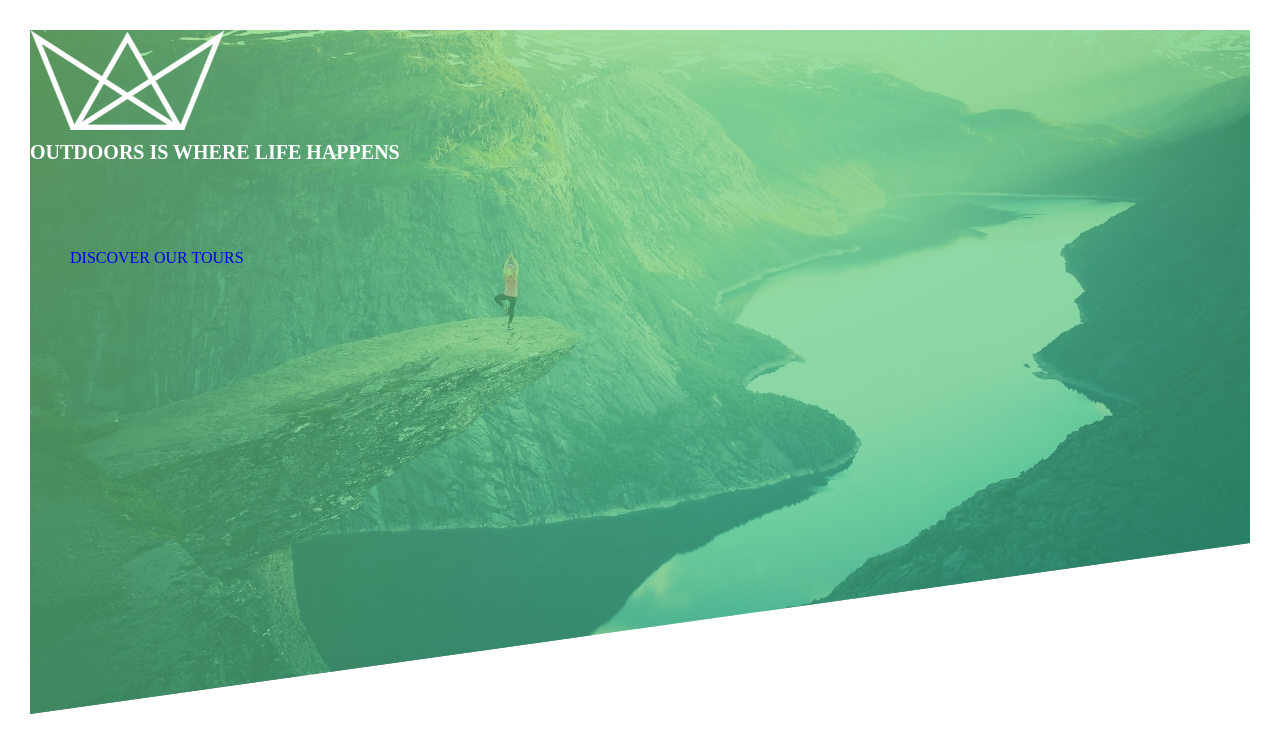
Repository: mohamediyas/cssFloat
Page: index.html
The author's editor kept a copy of each file at every save. The page is drawn from the files as they stood at one save, then again after the next save.
The browser window is 1280 px wide. The pictures show the whole page.

Above is the page before, as saved 2022-06-21 13:33:56.

### index.html
<!DOCTYPE html>
<html lang="en">
  <head>
    <meta charset="UTF-8" />
    <meta name="viewport" content="width=device-width, initial-scale=1.0" />

    <link
      href="https://fonts.googleapis.com/css?family=Lato:100,300,400,700,900"
      rel="stylesheet"
    />

    <link rel="stylesheet" href="css/icon-font.css" />
    <link rel="stylesheet" href="css/style.css" />
    <link rel="shortcut icon" type="image/png" href="img/favicon.png" />

    <title>Natours | Exciting tours for adventurous people</title>
  </head>
  <body>
    <!-- header -->
    <header class="header">
      <div class="header__logo-box">
        <img src="img/logo-white.png" alt="logo" class="header__logo" />
      </div>

      <div class="header__text-box">
        <h1 class="heading-primary">
          <span class="heading-primary--main">Outdoors</span>
          <span class="heading-primary--sub">is where life happens</span>
        </h1>

        <a href="#" class="btn btn--white btn--animated">Discover our tours</a>
      </div>
    </header>
  </body>
</html>

### css/icon-font.css
@charset "UTF-8";

@font-face {
  font-family: "linea-basic-10";
  src:url("fonts/linea-basic-10.eot");
  src:url("fonts/linea-basic-10.eot?#iefix") format("embedded-opentype"),
    url("fonts/linea-basic-10.woff") format("woff"),
    url("fonts/linea-basic-10.ttf") format("truetype"),
    url("fonts/linea-basic-10.svg#linea-basic-10") format("svg");
  font-weight: normal;
  font-style: normal;

}

[data-icon]:before {
  font-family: "linea-basic-10" !important;
  content: attr(data-icon);
  font-style: normal !important;
  font-weight: normal !important;
  font-variant: normal !important;
  text-transform: none !important;
  speak: none;
  line-height: 1;
  -webkit-font-smoothing: antialiased;
  -moz-osx-font-smoothing: grayscale;
}

[class^="icon-"]:before,
[class*=" icon-"]:before {
  font-family: "linea-basic-10" !important;
  font-style: normal !important;
  font-weight: normal !important;
  font-variant: normal !important;
  text-transform: none !important;
  speak: none;
  line-height: 1;
  -webkit-font-smoothing: antialiased;
  -moz-osx-font-smoothing: grayscale;
}

.icon-basic-accelerator:before {
  content: "a";
}
.icon-basic-alarm:before {
  content: "b";
}
.icon-basic-anchor:before {
  content: "c";
}
.icon-basic-anticlockwise:before {
  content: "d";
}
.icon-basic-archive:before {
  content: "e";
}
.icon-basic-archive-full:before {
  content: "f";
}
.icon-basic-ban:before {
  content: "g";
}
.icon-basic-battery-charge:before {
  content: "h";
}
.icon-basic-battery-empty:before {
  content: "i";
}
.icon-basic-battery-full:before {
  content: "j";
}
.icon-basic-battery-half:before {
  content: "k";
}
.icon-basic-bolt:before {
  content: "l";
}
.icon-basic-book:before {
  content: "m";
}
.icon-basic-book-pen:before {
  content: "n";
}
.icon-basic-book-pencil:before {
  content: "o";
}
.icon-basic-bookmark:before {
  content: "p";
}
.icon-basic-calculator:before {
  content: "q";
}
.icon-basic-calendar:before {
  content: "r";
}
.icon-basic-cards-diamonds:before {
  content: "s";
}
.icon-basic-cards-hearts:before {
  content: "t";
}
.icon-basic-case:before {
  content: "u";
}
.icon-basic-chronometer:before {
  content: "v";
}
.icon-basic-clessidre:before {
  content: "w";
}
.icon-basic-clock:before {
  content: "x";
}
.icon-basic-clockwise:before {
  content: "y";
}
.icon-basic-cloud:before {
  content: "z";
}
.icon-basic-clubs:before {
  content: "A";
}
.icon-basic-compass:before {
  content: "B";
}
.icon-basic-cup:before {
  content: "C";
}
.icon-basic-diamonds:before {
  content: "D";
}
.icon-basic-display:before {
  content: "E";
}
.icon-basic-download:before {
  content: "F";
}
.icon-basic-exclamation:before {
  content: "G";
}
.icon-basic-eye:before {
  content: "H";
}
.icon-basic-eye-closed:before {
  content: "I";
}
.icon-basic-female:before {
  content: "J";
}
.icon-basic-flag1:before {
  content: "K";
}
.icon-basic-flag2:before {
  content: "L";
}
.icon-basic-floppydisk:before {
  content: "M";
}
.icon-basic-folder:before {
  content: "N";
}
.icon-basic-folder-multiple:before {
  content: "O";
}
.icon-basic-gear:before {
  content: "P";
}
.icon-basic-geolocalize-01:before {
  content: "Q";
}
.icon-basic-geolocalize-05:before {
  content: "R";
}
.icon-basic-globe:before {
  content: "S";
}
.icon-basic-gunsight:before {
  content: "T";
}
.icon-basic-hammer:before {
  content: "U";
}
.icon-basic-headset:before {
  content: "V";
}
.icon-basic-heart:before {
  content: "W";
}
.icon-basic-heart-broken:before {
  content: "X";
}
.icon-basic-helm:before {
  content: "Y";
}
.icon-basic-home:before {
  content: "Z";
}
.icon-basic-info:before {
  content: "0";
}
.icon-basic-ipod:before {
  content: "1";
}
.icon-basic-joypad:before {
  content: "2";
}
.icon-basic-key:before {
  content: "3";
}
.icon-basic-keyboard:before {
  content: "4";
}
.icon-basic-laptop:before {
  content: "5";
}
.icon-basic-life-buoy:before {
  content: "6";
}
.icon-basic-lightbulb:before {
  content: "7";
}
.icon-basic-link:before {
  content: "8";
}
.icon-basic-lock:before {
  content: "9";
}
.icon-basic-lock-open:before {
  content: "!";
}
.icon-basic-magic-mouse:before {
  content: "\"";
}
.icon-basic-magnifier:before {
  content: "#";
}
.icon-basic-magnifier-minus:before {
  content: "$";
}
.icon-basic-magnifier-plus:before {
  content: "%";
}
.icon-basic-mail:before {
  content: "&";
}
.icon-basic-mail-multiple:before {
  content: "'";
}
.icon-basic-mail-open:before {
  content: "(";
}
.icon-basic-mail-open-text:before {
  content: ")";
}
.icon-basic-male:before {
  content: "*";
}
.icon-basic-map:before {
  content: "+";
}
.icon-basic-message:before {
  content: ",";
}
.icon-basic-message-multiple:before {
  content: "-";
}
.icon-basic-message-txt:before {
  content: ".";
}
.icon-basic-mixer2:before {
  content: "/";
}
.icon-basic-mouse:before {
  content: ":";
}
.icon-basic-notebook:before {
  content: ";";
}
.icon-basic-notebook-pen:before {
  content: "<";
}
.icon-basic-notebook-pencil:before {
  content: "=";
}
.icon-basic-paperplane:before {
  content: ">";
}
.icon-basic-pencil-ruler:before {
  content: "?";
}
.icon-basic-pencil-ruler-pen:before {
  content: "@";
}
.icon-basic-photo:before {
  content: "[";
}
.icon-basic-picture:before {
  content: "]";
}
.icon-basic-picture-multiple:before {
  content: "^";
}
.icon-basic-pin1:before {
  content: "_";
}
.icon-basic-pin2:before {
  content: "`";
}
.icon-basic-postcard:before {
  content: "{";
}
.icon-basic-postcard-multiple:before {
  content: "|";
}
.icon-basic-printer:before {
  content: "}";
}
.icon-basic-question:before {
  content: "~";
}
.icon-basic-rss:before {
  content: "\\";
}
.icon-basic-server:before {
  content: "\e000";
}
.icon-basic-server2:before {
  content: "\e001";
}
.icon-basic-server-cloud:before {
  content: "\e002";
}
.icon-basic-server-download:before {
  content: "\e003";
}
.icon-basic-server-upload:before {
  content: "\e004";
}
.icon-basic-settings:before {
  content: "\e005";
}
.icon-basic-share:before {
  content: "\e006";
}
.icon-basic-sheet:before {
  content: "\e007";
}
.icon-basic-sheet-multiple:before {
  content: "\e008";
}
.icon-basic-sheet-pen:before {
  content: "\e009";
}
.icon-basic-sheet-pencil:before {
  content: "\e00a";
}
.icon-basic-sheet-txt:before {
  content: "\e00b";
}
.icon-basic-signs:before {
  content: "\e00c";
}
.icon-basic-smartphone:before {
  content: "\e00d";
}
.icon-basic-spades:before {
  content: "\e00e";
}
.icon-basic-spread:before {
  content: "\e00f";
}
.icon-basic-spread-bookmark:before {
  content: "\e010";
}
.icon-basic-spread-text:before {
  content: "\e011";
}
.icon-basic-spread-text-bookmark:before {
  content: "\e012";
}
.icon-basic-star:before {
  content: "\e013";
}
.icon-basic-tablet:before {
  content: "\e014";
}
.icon-basic-target:before {
  content: "\e015";
}
.icon-basic-todo:before {
  content: "\e016";
}
.icon-basic-todo-pen:before {
  content: "\e017";
}
.icon-basic-todo-pencil:before {
  content: "\e018";
}
.icon-basic-todo-txt:before {
  content: "\e019";
}
.icon-basic-todolist-pen:before {
  content: "\e01a";
}
.icon-basic-todolist-pencil:before {
  content: "\e01b";
}
.icon-basic-trashcan:before {
  content: "\e01c";
}
.icon-basic-trashcan-full:before {
  content: "\e01d";
}
.icon-basic-trashcan-refresh:before {
  content: "\e01e";
}
.icon-basic-trashcan-remove:before {
  content: "\e01f";
}
.icon-basic-upload:before {
  content: "\e020";
}
.icon-basic-usb:before {
  content: "\e021";
}
.icon-basic-video:before {
  content: "\e022";
}
.icon-basic-watch:before {
  content: "\e023";
}
.icon-basic-webpage:before {
  content: "\e024";
}
.icon-basic-webpage-img-txt:before {
  content: "\e025";
}
.icon-basic-webpage-multiple:before {
  content: "\e026";
}
.icon-basic-webpage-txt:before {
  content: "\e027";
}
.icon-basic-world:before {
  content: "\e028";
}

### css/style.css
/*
COLORS:

Light green: #7ed56f
Medium green: #55c57a
Dark green: #28b485

*/

/* universal selector */

*,
*::after,
*::before {
  margin: 0;
  padding: 0;
  box-sizing: inherit;
}

html {
  font-size: 62.5%;
}

body {
  font-family: "Lato" sans-serif;
  font-weight: 400;
  /* font-size: 16px; */
  line-height: 1.7;
  color: #777;
  padding: 3rem;
  box-sizing: border-box;
}

/* header */

.header {
  height: 95vh;
  background-image: linear-gradient(to right bottom, #7ed56fa8, #28b485a2),
    url("../img/hero.jpg");
  background-size: cover;
  background-position: top;
  clip-path: polygon(0 0, 100% 0, 100% 75%, 0 100%);
  position: relative;
}

.logo-box {
  position: absolute;
  top: 4rem;
  left: 4rem;
}

.logo {
  height: 3.5rem;
}

.text-box {
  position: absolute;
  top: 40%;
  left: 50%;
  transform: translate(-50%, -50%);
  text-align: center;
}

.heading-primary {
  color: #fff;
  text-transform: uppercase;
  backface-visibility: hidden;
  margin-bottom: 6rem;
}

.heading-primary-main {
  display: block;
  font-size: 6rem;
  font-weight: 400;
  letter-spacing: 3.5rem;
  animation-name: moveInLeft;
  animation-duration: 2s;

  /*
  animation-delay:3s,
  animation-iteration-count:3

  animation-timing-funtion:ease-out

  */
}

.heading-primary-sub {
  display: block;
  font-size: 2rem;
  font-weight: 400;
  letter-spacing: 1.74rem;
  animation: moveInRight 2s ease-out;
}

@keyframes moveInLeft {
  0% {
    opacity: 0;
    transform: translateX(-10rem);
  }

  80% {
    transform: rotateX(1rem);
  }

  100% {
    opacity: 1;
    transform: rotateX(0);
  }
}

@keyframes moveInRight {
  0% {
    opacity: 0;
    transform: translateX(10rem);
  }

  80% {
    transform: rotateX(-1rem);
  }

  100% {
    opacity: 1;
    transform: rotateX(0);
  }
}

@keyframes moveInButton {
  0% {
    opacity: 0;
    transform: translateY(3rem);
  }

  100% {
    opacity: 1;
    transform: rotate(0);
  }
}

.btn:link,
.btn:visited {
  text-transform: uppercase;
  text-decoration: none;
  padding: 1.5rem 4rem;
  display: inline-block;
  border-radius: 10rem;
  transition: all 0.2s;
  position: relative;
  font-size: 1.6rem;
}

.btn:hover {
  transform: translateY(-3px);
  box-shadow: 0 10px 20px rgba(0, 0, 0, 0.2);
}

.btn:active {
  transform: translateY(-1px);
  box-shadow: 0 5px 10px rgba(0, 0, 0, 0.2);
}

.btn-white {
  background-color: #fff;
  color: #777;
}

.btn::after {
  content: "";
  display: inline-block;
  height: 100%;
  width: 100%;
  border-radius: 10rem;
  position: absolute;
  top: 0;
  left: 0;
  z-index: -1;
  transition: all 0.4s;
}

.btn-white::after {
  background-color: #fff;
}

.btn:hover::after {
  transform: scale(1.5);
  opacity: 0;
}

.btn-animated {
  animation: moveInButton 0.5s ease-out 0.7s;
  animation-fill-mode: backwards;
}

After the next save:
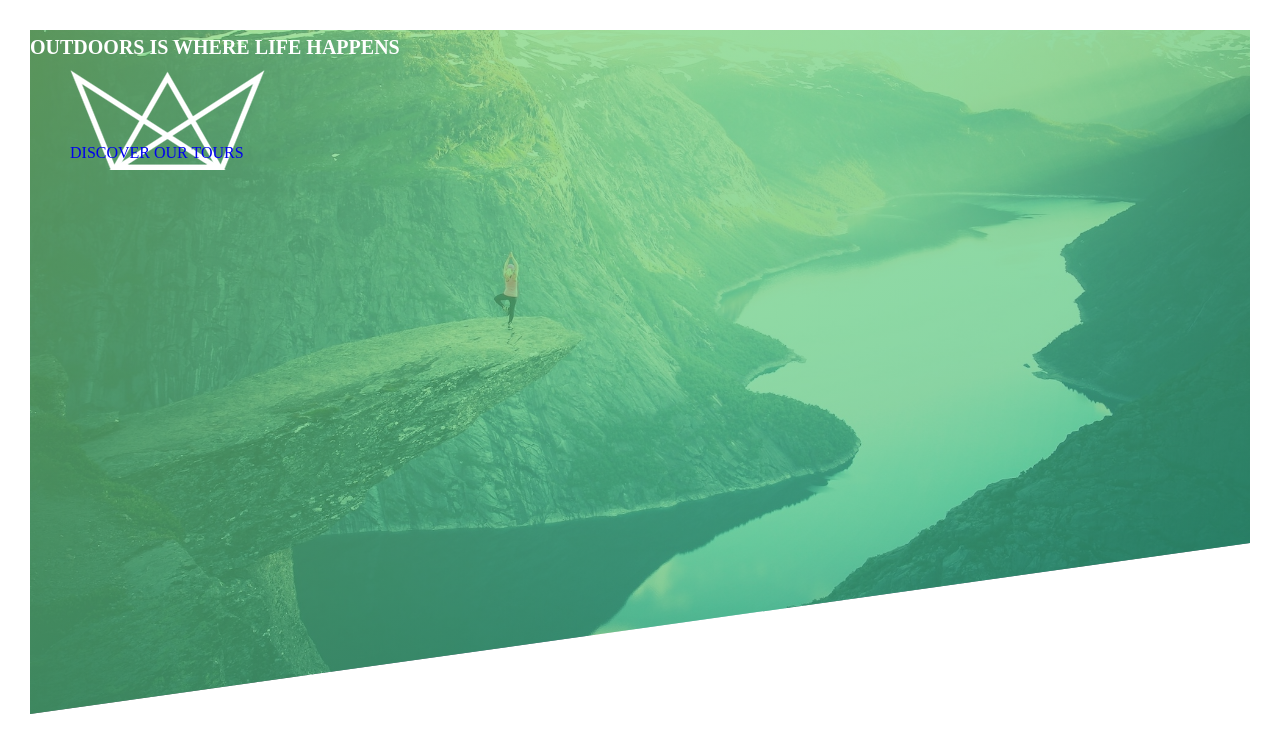
Saved 97 s later.
--- a/css/style.css
+++ b/css/style.css
@@ -43,7 +43,7 @@ body {
   position: relative;
 }
 
-.logo-box {
+.header__logo-box {
   position: absolute;
   top: 4rem;
   left: 4rem;
